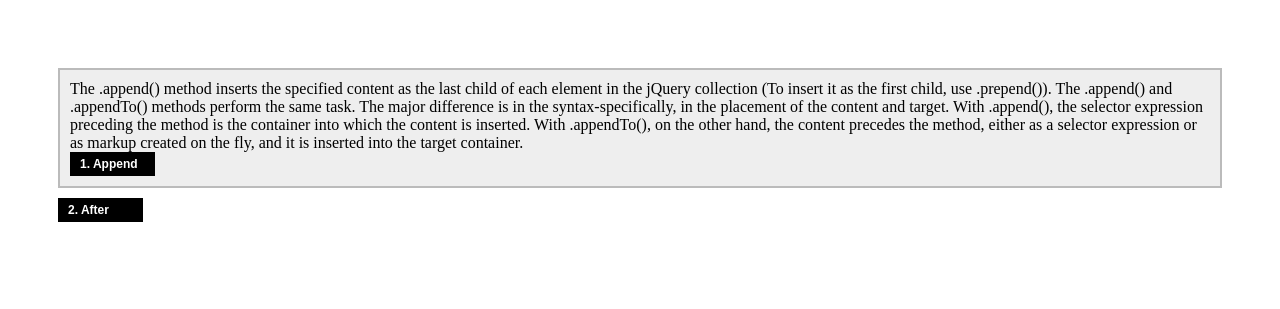
Repository: skybluelion/KB
Page: KB/work05_front/front05_JQuery/src/main/webapp/2_event/jq01_append_template.html
An editor plug-in stored every save of this project. The page is shown before and after the next save, followed by the edit.
The browser window is 1280 px wide. The pictures show the whole page.

Above is the page before, as saved 2023-04-12 05:28:54.
Console error: TypeError: $(...).append(...).after(...).prepand is not a function

### KB/work05_front/front05_JQuery/src/main/webapp/2_event/jq01_append_template.html
<!DOCTYPE html>
<html>
<head>
<meta charset="UTF-8">
<title>append(), after() | prepend()</title>
<style>
	body{
		padding:50px;
	}

	div{
		border:2px solid #bbb;
		padding:10px;
		margin:10px auto;
		background-color: #eee;
	}

	span{
		display:block;
		width:65px;
		font:bold 12px Arial;
		color:white;
		background:black;
		padding:5px 10px;
	}
</style>
<script src="https://ajax.googleapis.com/ajax/libs/jquery/3.6.0/jquery.min.js"></script>
<script>
	$(function(){
		$('div')
		.append('<span>1. Append </span>')
		.after('<span>2. After </span>')
		.prepand('<span>3. prepand </span>')
		.before('<span>4. Before </span>');

	});
</script>
</head>
<body>
<div>
The .append() method inserts the specified content as the last child of each element in the jQuery collection (To insert it as the first child, use .prepend()).

The .append() and .appendTo() methods perform the same task. The major difference is in the syntax-specifically, in the placement of the content and target. With .append(), the selector expression preceding the method is the container into which the content is inserted. With .appendTo(), on the other hand, the content precedes the method, either as a selector expression or as markup created on the fly, and it is inserted into the target container.
</div>
</body>
</html>

After the next save:
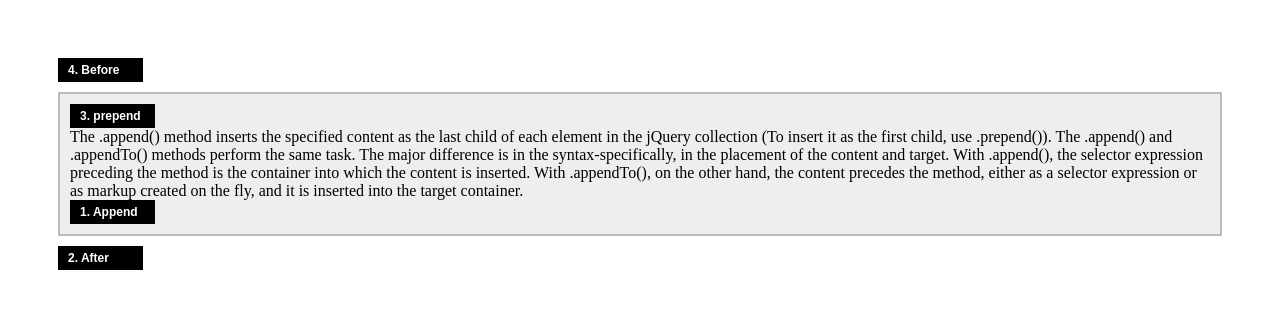
The error is gone.
Saved 21 s later.
--- a/KB/work05_front/front05_JQuery/src/main/webapp/2_event/jq01_append_template.html
+++ b/KB/work05_front/front05_JQuery/src/main/webapp/2_event/jq01_append_template.html
@@ -30,7 +30,7 @@
 		$('div')
 		.append('<span>1. Append </span>')
 		.after('<span>2. After </span>')
-		.prepand('<span>3. prepand </span>')
+		.prepend('<span>3. prepend </span>')
 		.before('<span>4. Before </span>');
 
 	});
